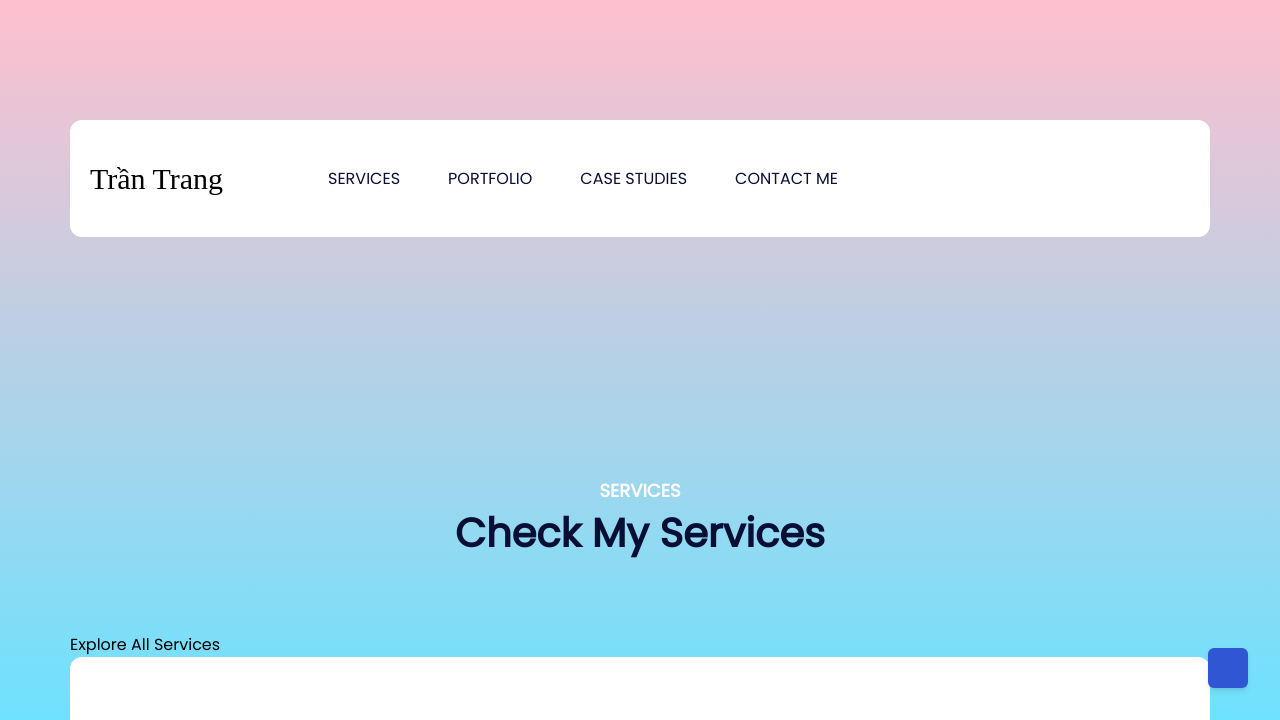
Repository: trantrang2101/CV
Page: index.html
These files come from the project's save history. The page is drawn as it stood at one moment and after the next save; the edit follows.
The browser window is 1280 px wide. The pictures show the whole page.
An inner scrolling area shows only its first screen. Some web fonts or font styles are not loaded; a fallback is used.

Above is the page before, as saved 2022-07-13 19:46:04.
Console error: TypeError: Cannot read properties of null (reading 'offsetTop')

After the next save:
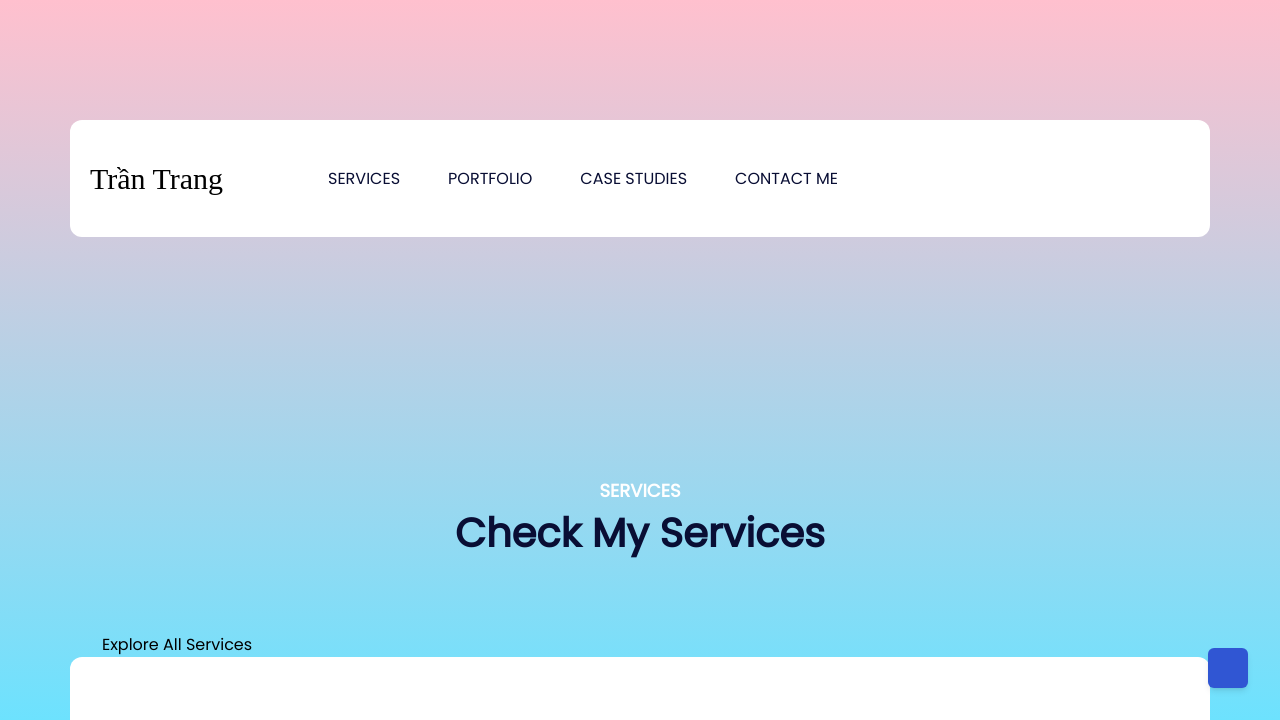
Saved 11 s later.
--- a/index.html
+++ b/index.html
@@ -85,7 +85,7 @@
                             Check My Services
                         </h2>
                     </div>
-                    <a class="text-slat-400 py-4">Explore All Services</a>
+                    <a class="text-slat-400 py-4 mx-8">Explore All Services</a>
                 </div>
             </div>
 

After the save that followed:
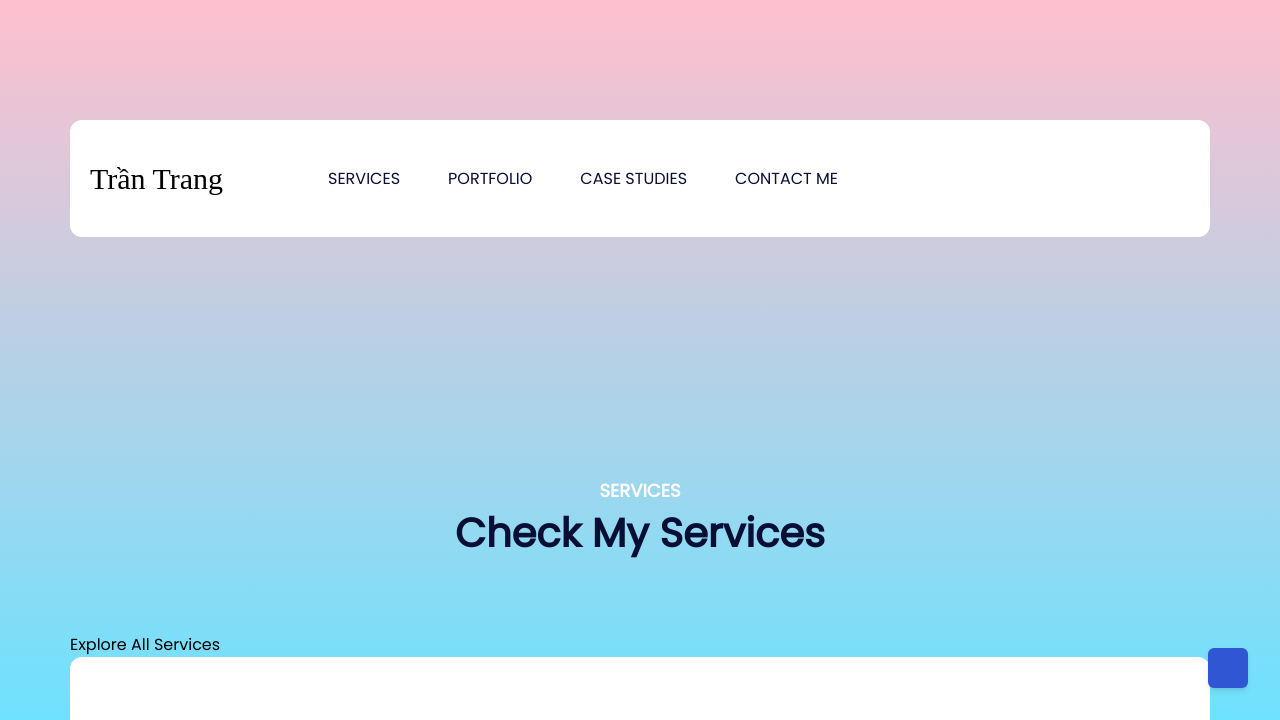
Saved 6 s later.
--- a/index.html
+++ b/index.html
@@ -85,7 +85,7 @@
                             Check My Services
                         </h2>
                     </div>
-                    <a class="text-slat-400 py-4 mx-8">Explore All Services</a>
+                    <a class="text-slat-400 py-4 my-8">Explore All Services</a>
                 </div>
             </div>
 
